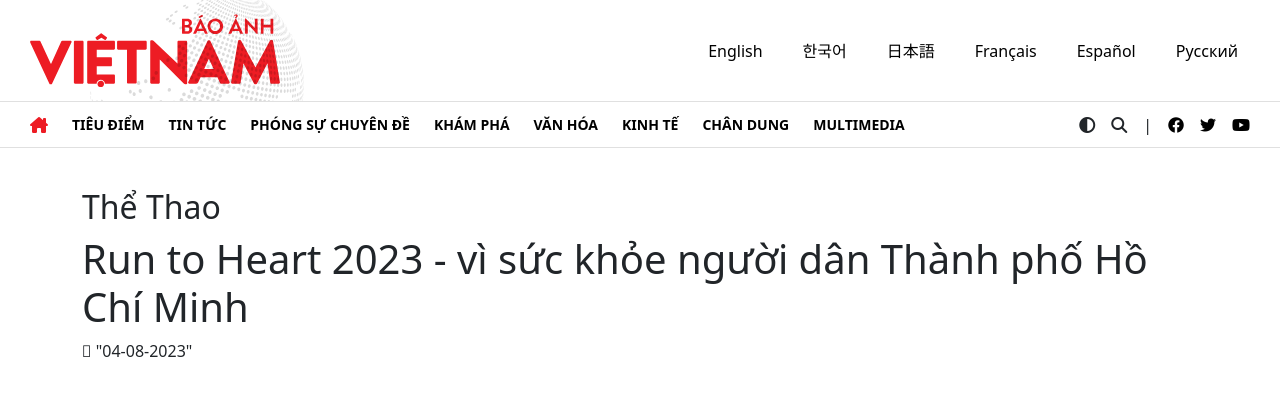
Repository: kietdotshp/webtintuc
Page: Detail.html
An editor plug-in stored every save of this project. The page is shown before and after the next save, followed by the edit.
The browser window is 1280 px wide. The pictures show the whole page.
Some web libraries are served in a nearby version.

Above is the page before, as saved 2023-08-10 16:00:03.

### Detail.html
<!DOCTYPE html>
<html lang="en">

<head>
    <title></title>
    <meta charset="UTF-8">
    <meta name="viewport" content="width=device-width, initial-scale=1">
    <link href="assets/css/detail.css" rel="stylesheet">
    <link href="https://cdn.jsdelivr.net/npm/bootstrap@5.3.1/dist/css/bootstrap.min.css" rel="stylesheet"
        integrity="sha384-4bw+/aepP/YC94hEpVNVgiZdgIC5+VKNBQNGCHeKRQN+PtmoHDEXuppvnDJzQIu9" crossorigin="anonymous">
    <link href="https://cdn.jsdelivr.net/npm/bootstrap@5.3.1/dist/css/bootstrap.min.css" rel="stylesheet"
        integrity="sha384-4bw+/aepP/YC94hEpVNVgiZdgIC5+VKNBQNGCHeKRQN+PtmoHDEXuppvnDJzQIu9" crossorigin="anonymous" />
    <script src="https://cdn.jsdelivr.net/npm/bootstrap@5.3.1/dist/js/bootstrap.bundle.min.js"></script>
    <script src="https://kit.fontawesome.com/a076d05399.js"></script>
    <link rel="stylesheet" href="https://cdnjs.cloudflare.com/ajax/libs/font-awesome/6.4.2/css/all.min.css"
        integrity="sha512-z3gLpd7yknf1YoNbCzqRKc4qyor8gaKU1qmn+CShxbuBusANI9QpRohGBreCFkKxLhei6S9CQXFEbbKuqLg0DA=="
        crossorigin="anonymous" referrerpolicy="no-referrer" />

        <link rel="stylesheet"href="https://cdnjs.cloudflare.com/ajax/libs/font-awesome/4.7.0/css/font-awesome.min.css"/>
</head>

<header>
    <div class="container-custom">
        <section class="d-flex align-items-center justify-content-between">
            <!-- Web logo -->
            <figure class="web-logo">
                <img src="./assets/images/logo-vi.svg" alt="Logo" class="img-contain" />
            </figure>

            <div class="d-none d-lg-flex align-items-center gap-3">
                <a href="javascript:void(0)" class="choose-lang">English</a>
                <a href="javascript:void(0)" class="choose-lang">한국어</a>
                <a href="javascript:void(0)" class="choose-lang">日本語</a>
                <a href="javascript:void(0)" class="choose-lang">Français</a>
                <a href="javascript:void(0)" class="choose-lang">Español</a>
                <a href="javascript:void(0)" class="choose-lang">Русский</a>
            </div>

            <a class="mobile-menu d-lg-none" href="javascript:void(0)">
                <i class="fa-solid fa-bars-staggered fs-2"></i>
            </a>
        </section>
    </div>

    <div class="line-seperate-horizontal"></div>

    <div class="container-custom">
        <section class="d-flex align-items-center justify-content-between py-3 py-lg-0">
            <div class="d-flex align-items-center gap-4 gap-xxl-5">
                <a href="javascript:void(0)">
                    <i class="fa-solid fa-house-chimney color-primary"></i>
                </a>

                <div class="d-none d-lg-flex align-items-center gap-4 gap-xxl-5">
                    <a href="javascript:void(0)" class="menu-item">Tiêu điểm</a>
                    <a href="javascript:void(0)" class="menu-item">Tin tức</a>
                    <a href="javascript:void(0)" class="menu-item">Phóng sự chuyên đề</a>
                    <a href="javascript:void(0)" class="menu-item">Khám phá</a>
                    <a href="javascript:void(0)" class="menu-item">Văn hóa</a>
                    <a href="javascript:void(0)" class="menu-item">Kinh tế</a>
                    <a href="javascript:void(0)" class="menu-item">Chân dung</a>
                    <a href="javascript:void(0)" class="menu-item">Multimedia</a>
                </div>
            </div>

            <div class="d-flex align-items-center gap-3">
                <div class="d-flex align-items-center gap-3">
                    <div class="cursor-pointer">
                        <i class="fa-solid fa-circle-half-stroke"></i>
                    </div>
                    <div class="cursor-pointer">
                        <i class="fa-solid fa-magnifying-glass"></i>
                    </div>
                </div>

                <div class="d-lg-none d-xl-block">|</div>

                <div class="d-lg-none d-xl-flex align-items-center gap-3">
                    <a href="javascript:void(0)">
                        <i class="fa-brands fa-facebook-f"></i>
                    </a>
                    <a href="javascript:void(0)">
                        <i class="fa-brands fa-twitter"></i>
                    </a>
                    <a href="javascript:void(0)">
                        <i class="fa-brands fa-youtube"></i>
                    </a>
                </div>
            </div>
        </section>
    </div>
</header>
<div class="line-seperate-horizontal"></div>

<body>
    <div class="container">
        <div class="detailmenu">
            <h2><link href="#" target="kiểu mở liên kết">Thể Thao</link> </h2>
            <h1>Run to Heart 2023 - vì sức khỏe người dân Thành phố Hồ Chí Minh</h1>

            <time>
                <i class="fa-light fa-calendar"></i>
                "04-08-2023"
            </time>
        </div>
    </div>
</body>

</html>

### assets/css/detail.css
:root {
    --main-color: #333;
    --main-red-color: #ed1c24;
    --main-white-color: #fff;
    --main-blue-color-1: #b8dcf3;
    --main-blue-color-2: #467491;
    --main-grey-color-1: #666;
    --main-grey-color-2: #888;
    --main-grey-color-3: #f0f0f0;
    --main-border-color: #e0e0e0;
  }

  /* Common */
  .body {
    display: flex;
    flex-direction: column;
    min-height: 100vh;
    font-size: 16px;
    color: var(--main-color);
    font-family: 'Roboto-Regular', sans-serif;
  }

  .img-cover {
    width: 100%;
    height: 100%;
    object-fit: cover;
  }

  .img-contain {
    width: 100%;
    height: 100%;
    object-fit: contain;
  }

  img {
    max-width: 100%;
    max-height: 100%;
  }

  a {
    text-decoration: none !important;
    color: initial !important;
  }

  .color-primary {
    color: var(--main-red-color);
  }

  .cursor-pointer {
    cursor: pointer;
  }

  .container-custom {
    max-width: 1400px;
    padding-inline: 15px;
    margin: 0 auto;

    @media (min-width: 768px) {
      padding-inline: 30px;
    }
  }

  .text-line-clamp-2 {
    display: -webkit-box;
    -webkit-line-clamp: 2;
    -webkit-box-orient: vertical;
    overflow: hidden;
  }

  .text-line-clamp-3 {
    display: -webkit-box;
    -webkit-line-clamp: 3;
    -webkit-box-orient: vertical;
    overflow: hidden;
  }

  .image-padding-top {
    position: relative;
    padding-top: 56.25%;
  }

  /* Header css */
  .web-logo {
    position: relative;
    padding-block: 14px;
    margin-bottom: 0;
    width: 150px;

    @media (min-width: 992px) {
      width: 250px;
    }
  }

  .web-logo::after {
    content: '';
    background: url('../images/earth-digital.svg') no-repeat;
    width: 100%;
    height: 100%;
    opacity: 0.2;
    position: absolute;
    right: -60px;
    top: 0;
  }

  .choose-lang {
    border-radius: 9999px;
    padding: 6px 12px;
  }

  .choose-lang:hover {
    background-color: var(--main-border-color);
  }

  .line-seperate-horizontal {
    width: 100%;
    height: 1px;
    background-color: #e0e0e0;
  }

  .line-seperate-vertical {
    width: 1px;
    height: 100%;
    background-color: #e0e0e0;
    margin: 0 auto;
  }

  .menu-item {
    text-transform: uppercase;
    font-weight: 700;
    font-size: 14px;
    position: relative;
    padding-block: 12px;
    white-space: nowrap;
  }

  .menu-item::before {
    content: '';
    position: absolute;
    top: -1px;
    left: 50%;
    right: 50%;
    transform: translate(-50%, 0);
    width: 0;
    height: 2px;
    background: var(--main-red-color);
    transition: all 0.2s linear;
  }

  .menu-item:hover:before {
    width: 100%;
  }

  /* Carousel */
  .carousel-item {
    position: absolute !important;
    top: 0;
    left: 0;
    width: 100%;
    height: 100%;
  }

  .carousel-control-next,
  .carousel-control-prev {
    width: 10% !important;
  }

  .carousel-control-prev,
  .carousel-control-next {
    opacity: 0 !important;
  }

  .carousel:hover .carousel-control-prev,
  .carousel:hover .carousel-control-next {
    transition: all 0.3s linear;
    opacity: 1 !important;
  }

  /* Main */
  .content {
    border: 1px solid var(--main-border-color);
    padding: 20px;
  }

  .content-spacing {
    margin-block: 40px;
  }

  .content-title {
    display: inline-block;
    color: var(--main-red-color);
    line-height: 26px;
    font-size: 26px;
    font-weight: 600;
    margin-bottom: 20px;
  }

  .article-title {
    font-size: 22px;
    font-weight: 600;
  }

  .article-title.sub {
    font-size: 16px;
  }

  .article-category {
    text-transform: uppercase;
    font-size: 12px;
    color: var(--main-grey-color-2);
  }

  .content-ul-list {
    padding-left: 20px;
    margin-bottom: 0;
    max-height: 480px;
    overflow: auto;
  }

  .content-ul-list li::marker {
    color: var(--main-red-color);
  }

  /* Spacing */
  .mb-10px {
    margin-bottom: 10px;
  }

  .max-w-40px {
    max-width: 40px !important;
  }
  .h2{
    color: var(--main-red-color);
  }
  .detailmenu{
    margin-top: 40px;
  }

After the next save:
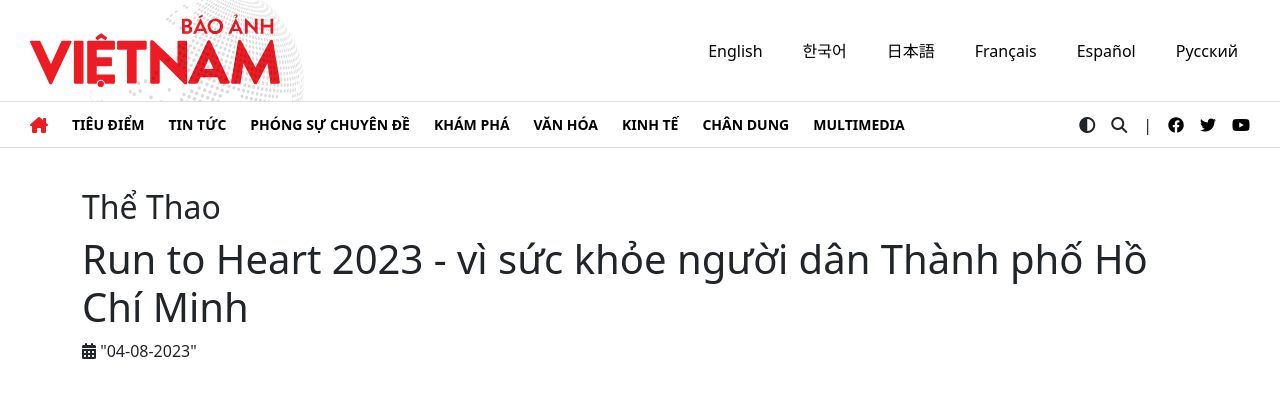
Saved 26 s later.
--- a/Detail.html
+++ b/Detail.html
@@ -99,7 +99,7 @@
             <h1>Run to Heart 2023 - vì sức khỏe người dân Thành phố Hồ Chí Minh</h1>
 
             <time>
-                <i class="fa-light fa-calendar"></i>
+                <i class="fa-solid fa-calendar"></i>
                 "04-08-2023"
             </time>
         </div>
